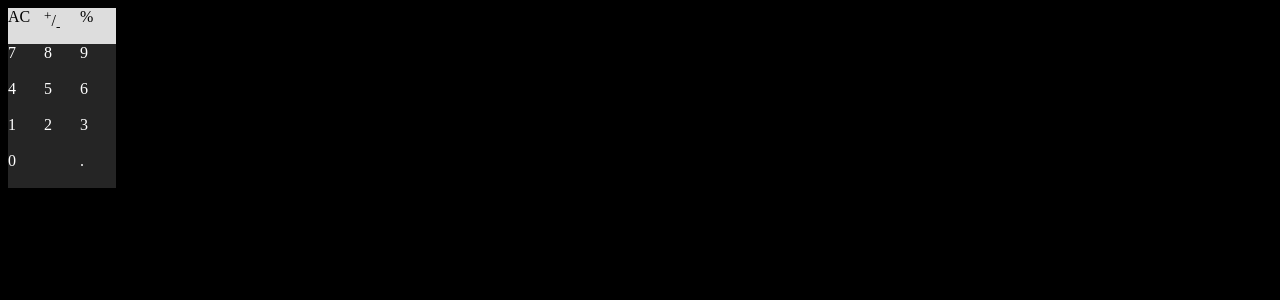
Repository: bombiux/calculadoraJS
Page: index.html
The author's editor kept a copy of each file at every save. The page is drawn from the files as they stood at one save, then again after a run of saves.
The browser window is 1280 px wide. The pictures show the whole page.

Above is the page before, as saved 2020-08-08 18:29:31.

After the next 6 saves:
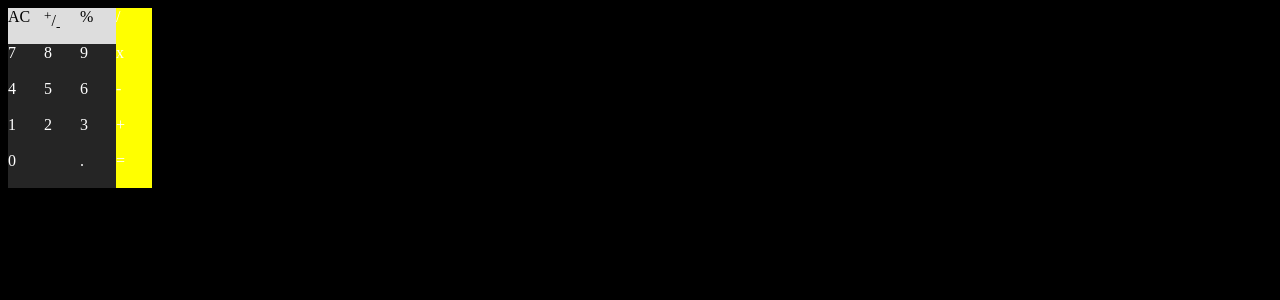
The 6 saves are shown as one change because they came seconds apart.
The last was saved 36 s later.
--- a/style.css
+++ b/style.css
@@ -28,3 +28,8 @@ body {
     background-color: rgb(37, 37, 37);
     color: white;
 }
+
+.operator {
+    background: yellow;
+    color: white;
+}
